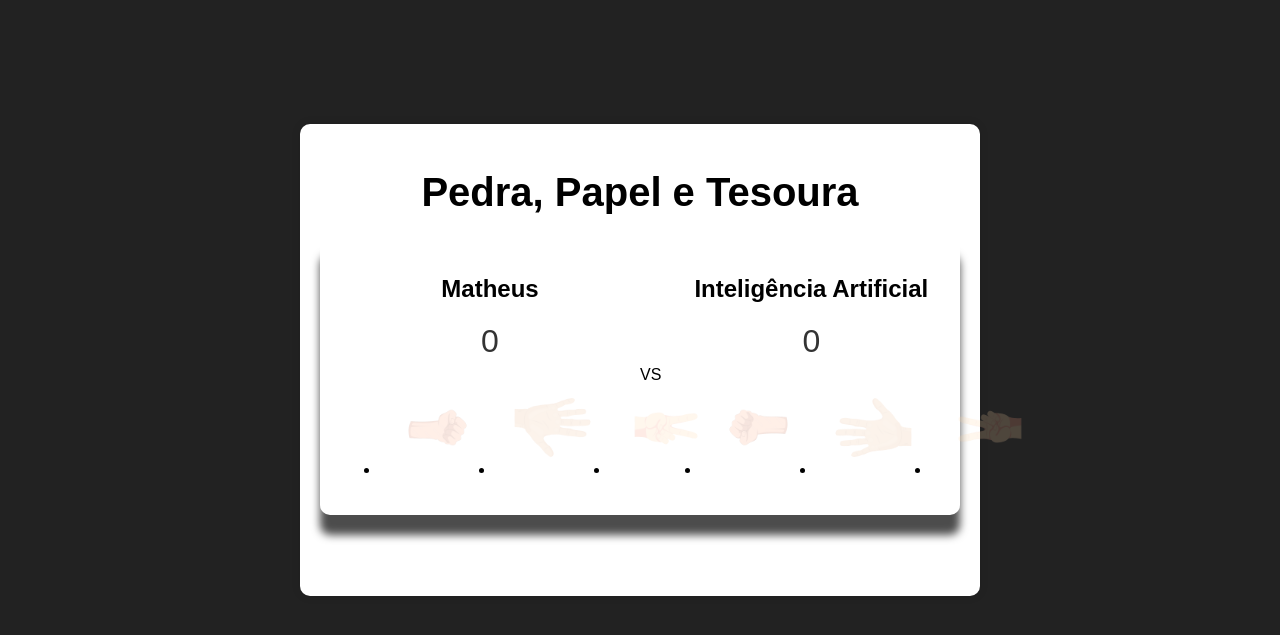
Repository: Matheus904-12/Pedra-Papel
Page: index.html
The author's editor kept a copy of each file at every save. The page is drawn from the files as they stood at one save, then again after the next save.
The browser window is 1280 px wide. The pictures show the whole page.

Above is the page before, as saved 2023-08-28 22:58:07.

### index.html
<!DOCTYPE html>
<html lang="en">
<head>
    <meta charset="UTF-8">
    <meta name="viewport" content="width=device-width, initial-scale=1.0">
    <title>Pedra, Papel e Tesoura</title>
    <link rel="stylesheet" href="style.css">
    <script src="script.js"></script>
</head>
<body>
    <center>
    <div class="box">
        <div class="container">
            <h1 id="titulo">Pedra, Papel e Tesoura</h1>
            <div class="placar" id="placar">
                <div class="jogador">
                    <h2 id="jogadorNome">Matheus</h2>
                    <p id="jogadorPontos">0</p>
                    <ul class="escolhas" id="jogadorEscolha">
                        <li>
                            <a id="jogadorEscolha1" class="escolha" onclick="jogar(1)">
                                <img src="img/1-removebg-preview.png" alt="">
                            </a>
                        </li>
                        <li>
                            <a id="jogadorEscolha2" class="escolha" onclick="jogar(2)">
                                <img src="img/2-removebg-preview.png" alt="">
                            </a>
                        </li>
                        <li>
                            <a id="jogadorEscolha3" class="escolha" onclick="jogar(3)">
                                <img src="img/3-removebg-preview.png" alt="">
                            </a>
                        </li>
                    </ul>
                </div>
                <div id="versus">VS</div>
                <div class="computador">
                    <h2 id="computadorNome">Inteligência Artificial</h2>
                    <p id="computadorPontos">0</p>
                    <ul class="escolhas" id="computadorEscolha">
                        <li>
                            <a id="computadorEscolha1" class="escolha">
                                <img src="img2/1.png" alt="">
                            </a>
                        </li>
                        <li>
                            <a id="computadorEscolha2" class="escolha">
                                <img src="img2/2.png" alt="">
                            </a>
                        </li>
                        <li>
                            <a id="computadorEscolha3" class="escolha">
                                <img src="img2/3.png" alt="">
                            </a>
                        </li>
                    </ul>
                </div>
            </div>
            <div class="mensagem"><p id="mensagem"class="result-message">&nbsp;</p>
    </div>
</center>
</body>
</html>

### style.css
/* Estilos para as escolhas do jogador e do computador */
ul#jogadorEscolha li a,
ul#computadorEscolha li a {
    opacity: 0.2;
    transition: ease-in-out 0.3s;
}

ul#jogadorEscolha li a:hover,
ul#jogadorEscolha li a.selecionado,
ul#computadorEscolha li a.selecionado {
    opacity: 1;
}

/* Estilos gerais */
body {
    font-family: 'Arial', sans-serif;
    background-color: #222;
    margin: 0;
    padding: 0;
    transition: background-color 0.5s ease;
    display: flex;
    align-items: center;
    justify-content: center;
    min-height: 100vh;
}

/* Estilo do container principal */
.box {
    display: flex;
    flex-direction: column;
    align-items: center;
    justify-content: center;
    background-color: #fff;
    box-shadow: 0 0 10px rgba(0, 0, 0, 0.1);
    border-radius: 10px;
    padding: 20px;
    margin: 20px;
}

/* Estilo do título */
#titulo {
    font-size: 2.5rem;
    color: #000;
    margin-bottom: 20px;
}

/* Estilo do placar */
.placar {
    display: flex;
    align-items: center;
    justify-content: space-between;
    padding: 20px;
    background-color: #fff;
    border-radius: 10px;
    box-shadow: 0 20px 8px rgba(0, 0, 0, 0.7);
    width: 100%;
    max-width: 600px;
    margin-top: 20px;
}

.jogador,
.computador {
    width: 50%;
}

.jogador p,
.computador p {
    font-size: 2rem;
    color: #333;
    margin: 0;
}

.escolhas {
    display: flex;
    justify-content: space-around;
    margin-top: 20px;
}

.escolhas img {
    max-width: 95px;
    cursor: pointer;
    transition: transform 0.3s ease;
    margin: 0 10px;
}

.escolhas img:hover {
    transform: scale(1.1);
}

/* Estilo do resultado/mensagem */
.result-message {
    font-size: 1.2rem;
    margin-top: 20px;
    color: #000;
}

.result-message.vitoria {
    color: #4CAF50;
}

.result-message.derrota {
    color: #FF5733;
}

.result-message.empate {
    color: #FFC300;
}

/* Estilo do botão reiniciar */
.reiniciar-jogo {
    background-color: #3498db;
    border: none;
    color: white;
    padding: 10px 20px;
    text-align: center;
    text-decoration: none;
    display: inline-block;
    font-size: 16px;
    border-radius: 5px;
    cursor: pointer;
    transition: background-color 0.3s ease;
    margin-top: 20px;
}

.reiniciar-jogo:hover {
    background-color: #2980b9;
}

/* Estilo do histórico */
.historico {
    text-align: center;
    margin-top: 20px;
}

.historico-toggle {
    background-color: #333;
    border: none;
    color: white;
    padding: 5px 10px;
    font-size: 14px;
    border
-radius: 5px;
    cursor: pointer;
    transition: background-color 0.3s ease;
}

.historico-toggle:hover {
    background-color: #222;
}

.historico-list {
    list-style: none;
    padding: 0;
    display: none;
    text-align: left;
}

.historico-list li {
    font-size: 14px;
    margin-bottom: 5px;
    color: #fff;
}

### script.js
let jogadorEscolha = 0;
let jogadorPontos = 0;
let computadorEscolha = 0;
let computadorPontos = 0;
let ganhador = -1;
let historico = [];

function jogar(escolha){
    jogadorEscolha = escolha;
    computadorEscolha = Math.floor(Math.random() * 3) + 1;


/*PEDRA = 1
  PAPEL = 2
  TESOURA = 3
*/

if (jogadorEscolha == 1 && computadorEscolha == 1) {
    ganhador = 0;
    //*PEDRA = PEDRA*//
} else if (jogadorEscolha == 1 && computadorEscolha == 2) {
    ganhador = 2;
    //PEDRA E PAPEL = PAPEL//
} else if (jogadorEscolha == 1 && computadorEscolha == 3) {
    ganhador = 1;
    //PEDRA E TESOURA = PEDRA//
} else if (jogadorEscolha == 2 && computadorEscolha == 1) {
    ganhador = 1;
    //PAPEL E PEDRA = PEDRA
} else if (jogadorEscolha == 2 && computadorEscolha == 2) {
    ganhador =  0;
    //PAPEL E PAPEL = NADA
} else if (jogadorEscolha == 2 && computadorEscolha == 3) {
    ganhador = 2;
    //PAPEL E TESOURA = TESOURA
} else if (jogadorEscolha == 3 && computadorEscolha == 1) {
    ganhador = 2;
    //TESOURA E PEDRA = PEDRA
} else if (jogadorEscolha == 3 && computadorEscolha == 2) {
    ganhador = 1;
    //TESOURA E PAPEL = TESOURA
} else if (jogadorEscolha == 3 && computadorEscolha == 3) {
    ganhador = 0;
    //TESOURA E TESOURA = EMPATE
}


document.getElementById('jogadorEscolha1').classList.remove('selecionado');
document.getElementById('jogadorEscolha2').classList.remove('selecionado');
document.getElementById('jogadorEscolha3').classList.remove('selecionado');
document.getElementById('computadorEscolha1').classList.remove('selecionado');
document.getElementById('computadorEscolha2').classList.remove('selecionado');
document.getElementById('computadorEscolha3').classList.remove('selecionado');



document.getElementById('jogadorEscolha'+jogadorEscolha).classList.add('selecionado');
document.getElementById('computadorEscolha'+computadorEscolha).classList.add('selecionado');


/*
EMPATE = 0;
JOGADOR = 1;
COMPUTADOR = 2;
*/


// Atualizar placar
if (ganhador === 1) {
    jogadorPontos++;
} else if (ganhador === 2) {
    computadorPontos++;
}

document.getElementById('jogadorPontos').textContent = jogadorPontos;
document.getElementById('computadorPontos').textContent = computadorPontos;


// Mensagem do resultado
let mensagem = '';
if (ganhador === 1) {
    mensagem = 'Você venceu!';
} else if (ganhador === 2) {
    mensagem = 'Você perdeu!';
} else {
    mensagem = 'Empate!';
}

// Adicionar ao histórico
historico.push({
    jogador: jogadorEscolha,
    computador: computadorEscolha,
    resultado: ganhador
});

// Atualizar elementos na página
document.getElementById('jogadorPontos').textContent = jogadorPontos;
document.getElementById('computadorPontos').textContent = computadorPontos;
document.querySelector('.result-message').textContent = mensagem;
document.querySelector('.result-message').className = `result-message ${ganhadorClass}`;

// Exibir histórico
mostrarHistorico();

// Adicionar classe de estilo à mensagem
let mensagemElement = document.getElementById('mensagem');
mensagemElement.classList.remove('vitoria', 'derrota', 'empate');
if (ganhador === 1) {
    mensagemElement.classList.add('vitoria');
} else if (ganhador === 2) {
    mensagemElement.classList.add('derrota');
} else {
    mensagemElement.classList.add('empate');
}
}

function mostrarHistorico() {
let historicoList = document.getElementById('historico-list');
historicoList.innerHTML = '';

for (let i = 0; i < historico.length; i++) {
    let item = historico[i];
    let resultado = '';
    if (item.resultado === 1) {
        resultado = 'Vitória';
    } else if (item.resultado === 2) {
        resultado = 'Derrota';
    } else {
        resultado = 'Empate';
    }

    let listItem = document.createElement('li');
    listItem.textContent = `Jogador: ${item.jogador} | Computador: ${item.computador} | Resultado: ${resultado}`;
    historicoList.appendChild(listItem);
}


document.getElementById('historico-toggle').addEventListener('click', function() {
    const historicoList = document.querySelector('.historico-list');
    historicoList.style.display = historicoList.style.display === 'none' ? 'block' : 'none';
    this.textContent = historicoList.style.display === 'none' ? 'Ver Histórico' : 'Esconder Histórico';
});

// Mensagem do resultado
let mensagem = '';
if (ganhador === 1) {
    mensagem = 'Você venceu!';
} else if (ganhador === 2) {
    mensagem = 'Você perdeu!';
} else {
    mensagem = 'Empate!';
}

// Adicionar ao histórico
historico.push({
    jogador: jogadorEscolha,
    computador: computadorEscolha,
    resultado: ganhador
});


// Atualizar elementos na página
document.getElementById('jogadorPontos').textContent = jogadorPontos;
document.getElementById('computadorPontos').textContent = computadorPontos;
document.querySelector('.result-message').textContent = mensagem;
document.querySelector('.result-message').className = `result-message ${ganhadorClass}`;


 // Adicionar classe de estilo à mensagem
let mensagemElement = document.querySelector('.mensagem');
mensagemElement.classList.remove('vitoria', 'derrota', 'empate');
if (ganhador === 1) {
    mensagemElement.classList.add('vitoria');
} else if (ganhador === 2) {
    mensagemElement.classList.add('derrota');
} else {
    mensagemElement.classList.add('empate');
}

// Atualizar estilo da página com base no resultado
document.querySelector('.box').className = `box ${ganhadorClass}`;




// Atualizar cor de fundo com base no resultado
if (ganhador === 1) {
    document.body.style.backgroundColor = '#4CAF50'; // Verde
} else if (ganhador === 2) {
    document.body.style.backgroundColor = '#FF5733'; // Vermelho
} else {
    document.body.style.backgroundColor = '#FFC300'; // Amarelo
}


// Selecionar escolha do jogador
document.getElementById(`jogadorEscolha${jogadorEscolha}`).classList.add('selecionado');


// Atualizar escolhas do jogador
document.getElementById(`jogadorEscolha${jogadorEscolha}`).classList.add('selecionado');
document.getElementById(`computadorEscolha${computadorEscolha}`).classList.add('selecionado');

// Atualizar estilo da página com base no resultado
document.querySelector('.box').className = `box ${ganhadorClass}`;

// Função para reiniciar o jogo
function reiniciarJogo() {
    jogadorPontos = 0;
    computadorPontos = 0;
    historico = [];
    limparEscolhas();
    atualizarPlacar();
    limparMensagem();
    mostrarHistorico();
    resetarEstiloPagina();
}

// Limpar escolhas selecionadas
function limparEscolhas() {
    document.querySelectorAll('.escolha').forEach(element => {
        element.classList.remove('selecionado');
    });
}

// Atualizar placar
function atualizarPlacar() {
    document.getElementById('jogadorPontos').textContent = jogadorPontos;
    document.getElementById('computadorPontos').textContent = computadorPontos;
}

// Limpar mensagem do resultado
function limparMensagem() {
    document.querySelector('.result-message').textContent = '';
    document.querySelector('.mensagem').className = 'mensagem';
}

// Resetar estilo da página
function resetarEstiloPagina() {
    document.querySelector('.box').className = 'box';
}

// Botão de reiniciar o jogo
document.getElementById('reiniciar-jogo').addEventListener('click', function() {
    reiniciarJogo();
});


// Função para reiniciar o jogo
function reiniciarJogo() {
    jogadorPontos = 0;
    computadorPontos = 0;
    historico = [];
    limparEscolhas();
    atualizarPlacar();
    limparMensagem();
    mostrarHistorico();
    resetarEstiloPagina();
}

// Limpar escolhas selecionadas
function limparEscolhas() {
    document.querySelectorAll('.escolha').forEach(element => {
        element.classList.remove('selecionado');
    });
}

// Atualizar placar
function atualizarPlacar() {
    document.getElementById('jogadorPontos').textContent = jogadorPontos;
    document.getElementById('computadorPontos').textContent = computadorPontos;
}

// Limpar mensagem do resultado
function limparMensagem() {
    document.querySelector('.result-message').textContent = '';
    document.querySelector('.mensagem').className = 'mensagem';
}

// Resetar estilo da página
function resetarEstiloPagina() {
    document.querySelector('.box').className = 'box';
}

// Botão de reiniciar o jogo
document.getElementById('reiniciar-jogo').addEventListener('click', function() {
    reiniciarJogo();
});


}

After the next save:
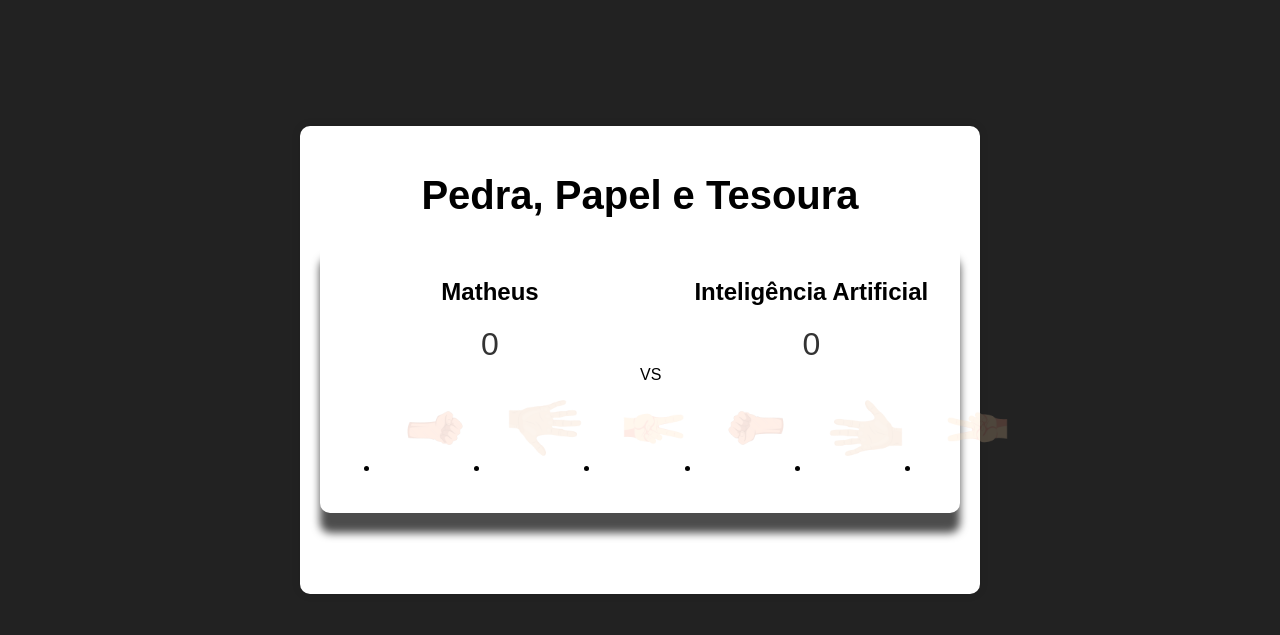
Saved 112 s later.
--- a/style.css
+++ b/style.css
@@ -77,7 +77,7 @@ body {
 }
 
 .escolhas img {
-    max-width: 95px;
+    max-width: 90px;
     cursor: pointer;
     transition: transform 0.3s ease;
     margin: 0 10px;
